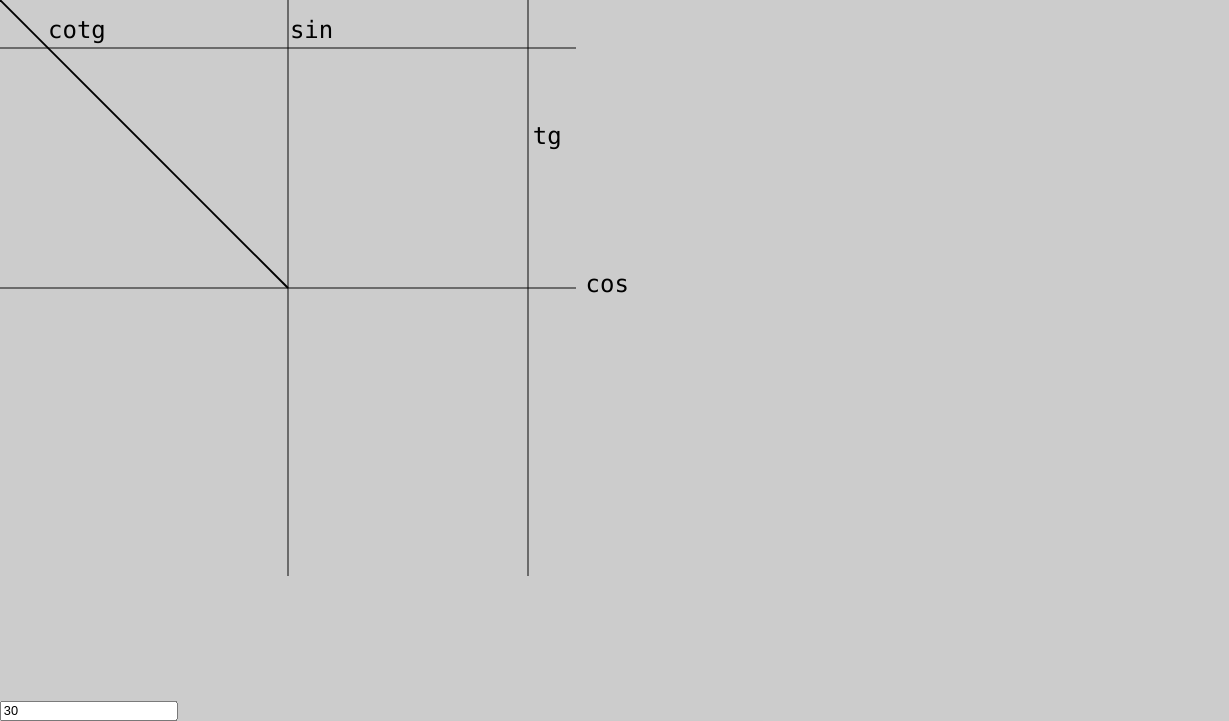
Repository: BraynStorm/braynstorm.github.io
Page: http://localhost/
An editor plug-in stored every save of this project. The page is shown before and after the next save, followed by the edit.
The browser window is 1280 px wide. The pictures show the whole page, at 96% of full size.
The page is run by PHP 8.4 with error messages shown; the project is at /var/www/html/.

Above is the page before, as saved 2015-02-24 21:01:21.

After the next save:
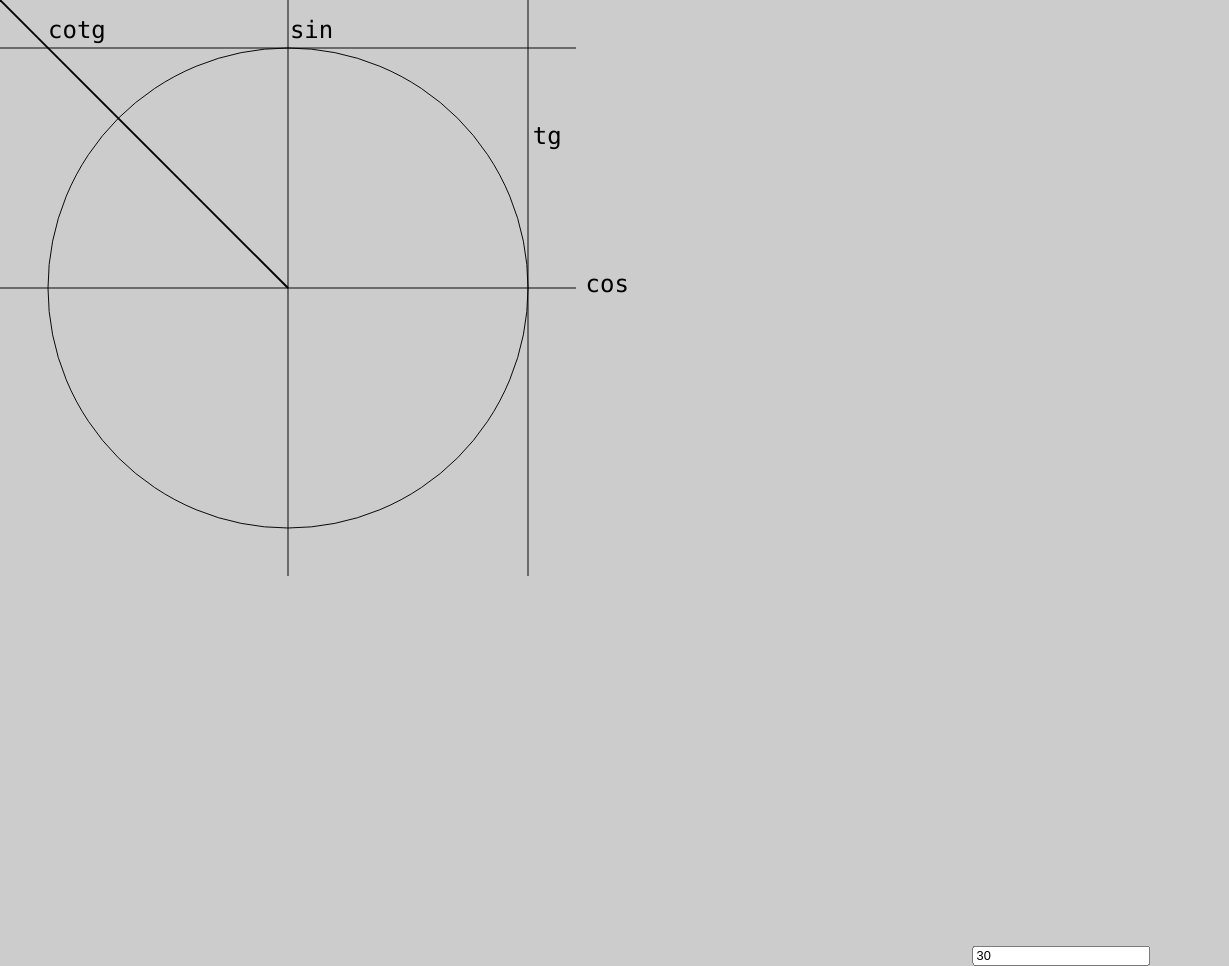
Console error: SyntaxError: Unexpected identifier 'value'
Saved 99 s later.
--- a/JSDrawing/js/swgDrawing.js
+++ b/JSDrawing/js/swgDrawing.js
@@ -197,6 +197,8 @@
 
 
 		projectionSinTxt.attr({
+			x: x,
+			y: Math.abs(beginY - y) / 2
 			value: Math.cos(radians)
 		});
 

After the save that followed:
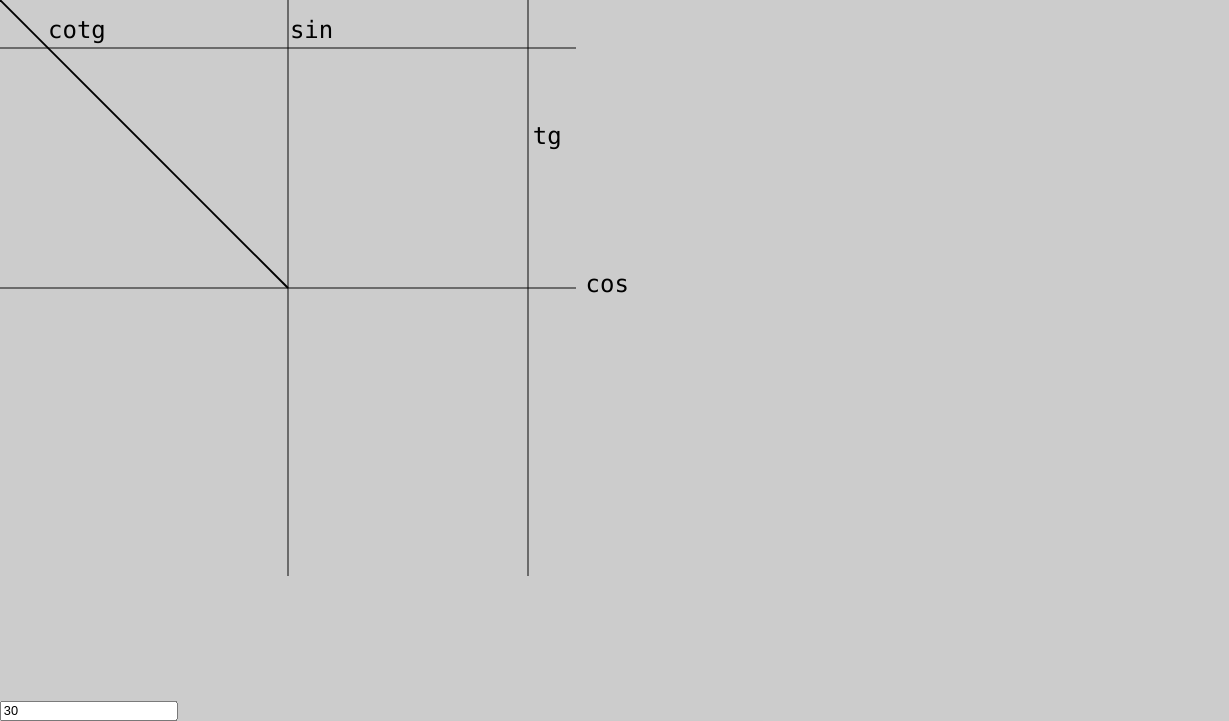
The error is gone.
Saved 7 s later.
--- a/JSDrawing/js/swgDrawing.js
+++ b/JSDrawing/js/swgDrawing.js
@@ -198,7 +198,7 @@
 
 		projectionSinTxt.attr({
 			x: x,
-			y: Math.abs(beginY - y) / 2
+			y: Math.abs(beginY - y) / 2,
 			value: Math.cos(radians)
 		});
 
